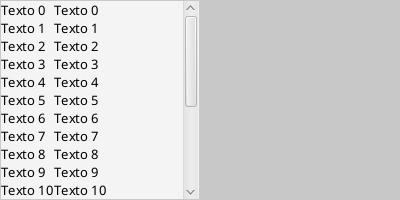
Repository: anxoportela/PROG
Program's window: java Java_Interfaz/ProyectoJavaFX/src/com/acarballeira/javaFX/ejemplo6/App.java
An editor plug-in stored every save of this project. The program's window is shown before and after a run of saves, followed by the edit.
It runs on Java 21 on a 1366 x 768 screen with JavaFX 11; the title bar is not drawn.

Above is the program's window before, as saved 2020-03-04 20:25:48.

After the next 3 saves:
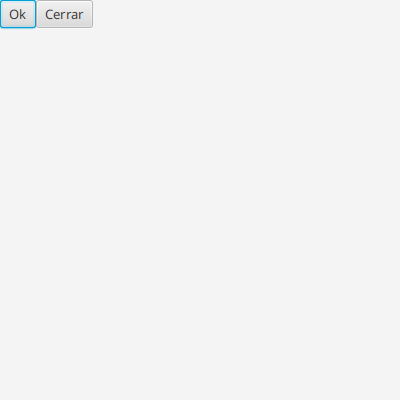
The 3 saves are shown as one change because 2 did not build or start.
The last was saved 5 min 8 s later.
--- a/Java_Interfaz/ProyectoJavaFX/src/com/acarballeira/javaFX/ejemplo6/App.java
+++ b/Java_Interfaz/ProyectoJavaFX/src/com/acarballeira/javaFX/ejemplo6/App.java
@@ -3,8 +3,10 @@
 import javafx.application.Application;
 import javafx.geometry.Pos;
 import javafx.scene.Scene;
+import javafx.scene.control.Button;
 import javafx.scene.control.Label;
 import javafx.scene.control.ScrollPane;
+import javafx.scene.layout.AnchorPane;
 import javafx.scene.layout.HBox;
 import javafx.scene.layout.VBox;
 import javafx.scene.text.Text;
@@ -15,30 +17,16 @@
 	 public void start(Stage primaryStage) {
 
 	 primaryStage.setTitle("Ola Mundo!!!");
-	 //primaryStage.setWidth(600);
-	 //primaryStage.setHeight(200);
-	 //primaryStage.setResizable(false);
 
-	 //Label etiqueta = new Label("Ola Mundo!");
-	 //etiqueta.setAlignment(Pos.CENTER);
+	 AnchorPane root = new AnchorPane();
+	 Button btnOk = new Button("Ok");
+	 Button btnClose = new Button("Cerrar");
+	 HBox hbox = new HBox();
+	 hbox.getChildren().addAll(btnOk, btnClose);
 
-	 HBox hbox = new HBox();
-	 VBox vbox1 = new VBox();
+	 root.getChildren().add(hbox);
 
-	 for (int i = 0; i < 20; i++) {
-		vbox1.getChildren().add(new Text("Texto " + i));
-	}
-
-	 VBox vbox2 = new VBox();
-	 for (int i = 0; i < 20; i++) {
-		 vbox2.getChildren().add(new Text("Texto " + i));
-	}
-
-	 hbox.getChildren().addAll(vbox1, vbox2);
-
-	 ScrollPane sp = new ScrollPane(hbox);
-
-	 Scene primaryScene = new Scene(sp, 200, 200);
+	 Scene primaryScene = new Scene(root, 400, 400);
 	 primaryStage.setScene(primaryScene);
 	 primaryStage.show();
 
